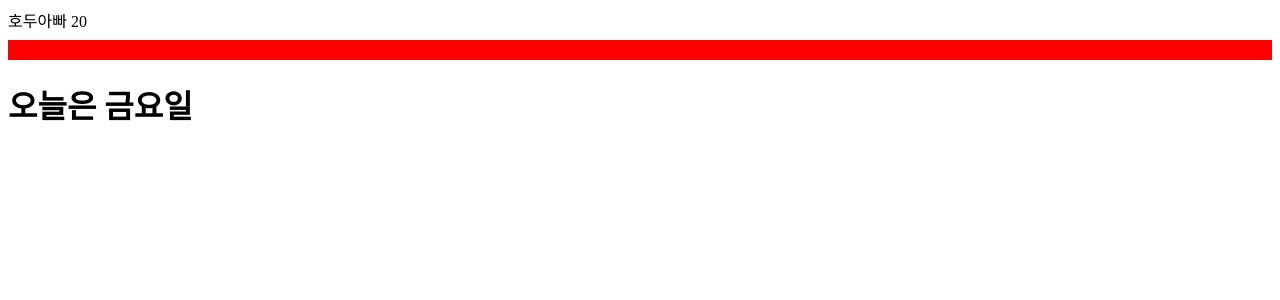
Repository: leejonggwon/Amora-Project
Page: http://localhost/JSP/EX01JSPTest.jsp
The author's editor kept a copy of each file at every save. The page is drawn from the files as they stood at one save, then again after the next save.
The browser window is 1280 px wide. The pictures show the whole page.
The page is served by Tomcat 9.

Above is the page before, as saved 2023-07-21 09:41:25.

After the next save:
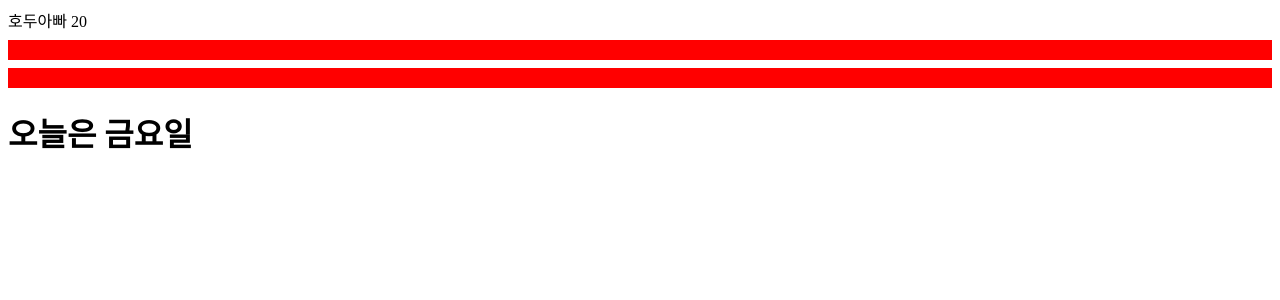
Saved 63 s later.
--- a/04.Server/JSP/src/main/webapp/EX01JSPTest.jsp
+++ b/04.Server/JSP/src/main/webapp/EX01JSPTest.jsp
@@ -23,6 +23,7 @@
 
 <%
 	int age = 20;
+
 	int size = 20;
 	String color = "yellow";
 %>
@@ -32,7 +33,7 @@
 
 <hr size="20" color ="red"> <!-- <hr>은 선을 만들어준다 -->
 
-
+<hr size="<%= size %>>" color ="red">
 
 <body>
 	<!--  각종 주석 설명 -->
